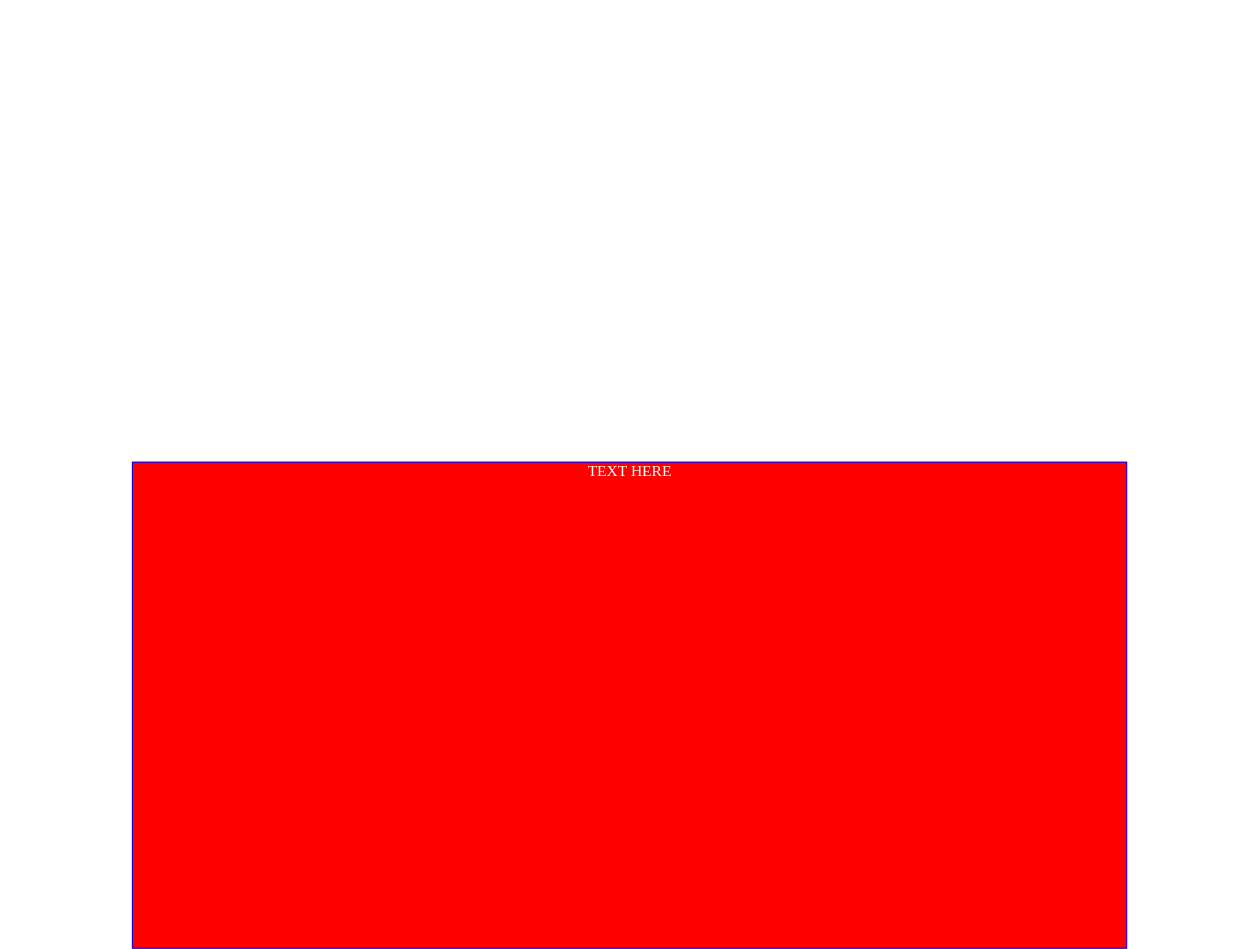
Repository: piyushiso/piyushiso.github.io
Page: random/daynight/index.html
An editor plug-in stored every save of this project. The page is shown before and after the next save, followed by the edit.
The browser window is 1280 px wide. The page is 1288 px wide, so the pictures cover 1288 px, including what lies to the right of the window. The pictures show the whole page, at 97% of full size.

Above is the page before, as saved 2022-05-23 16:06:39.

### random/daynight/index.html
<html lang="en">
<head>
    <meta charset="UTF-8">
    <meta http-equiv="X-UA-Compatible" content="IE=edge">
    <meta name="viewport" content="width=device-width, initial-scale=1.0">
    <link href="styles/style.css" rel="stylesheet" />
    <title>Document</title>
</head>
<body>
    <div>
        TEXT HERE
    </div>
</body>
</html>

### random/daynight/styles/style.css
body{
    height: 100%;
    width: 100%;
    overflow: hidden;
    position: relative;
    top: 0;
    left: 0;
}

body div{
    background: red;
    height: 500px;
    width: 80%;
    border: solid thin blue;
    position: absolute;
    left: 10%;
    bottom: -250px;
    text-align: center;
    color: white;
}

After the next save:
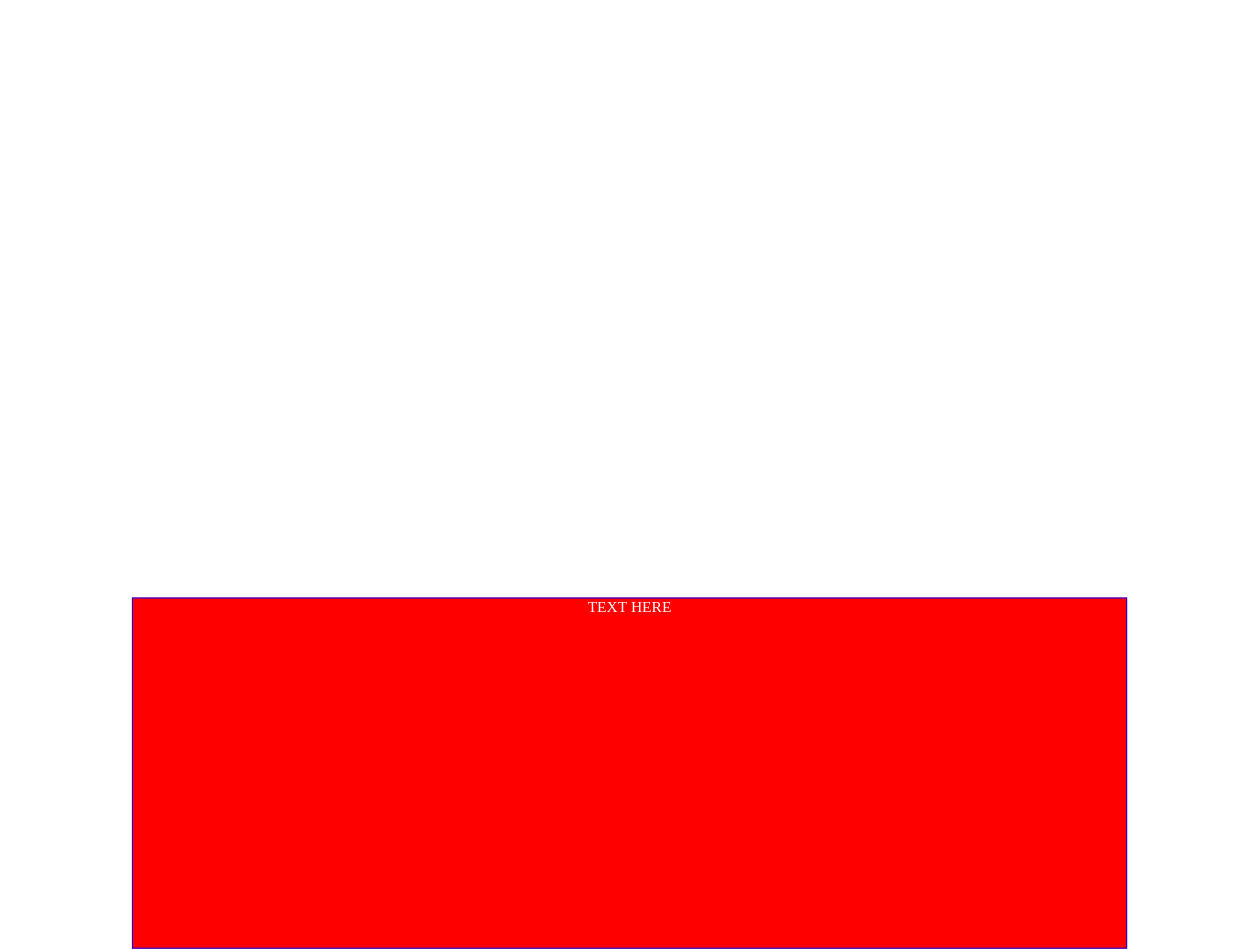
Saved 9 s later.
--- a/random/daynight/styles/style.css
+++ b/random/daynight/styles/style.css
@@ -9,7 +9,7 @@
 
 body div{
     background: red;
-    height: 500px;
+    height: 50%;
     width: 80%;
     border: solid thin blue;
     position: absolute;
